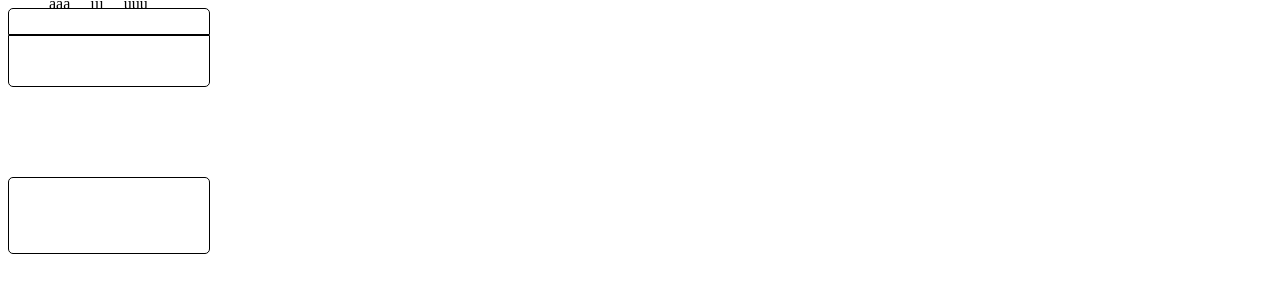
Repository: kousuke-2047/test
Page: http://localhost/Oldmove/
An editor plug-in stored every save of this project. The page is shown before and after the next save, followed by the edit.
The browser window is 1280 px wide. The pictures show the whole page.
The page is served by Tomcat 9. Other server files are loaded and not shown.

Above is the page before, as saved 2018-06-21 01:47:22.

### Oldmove/WebContent/index.jsp
<%@ page language="java" contentType="text/html; charset=UTF-8"
    pageEncoding="UTF-8"%>
<%@ taglib prefix="s" uri="/struts-tags"%>
<!DOCTYPE html>
<html>
<head>
<meta http-equiv="Content-Type" content="text/html; charset=UTF-8">
<link rel="stylesheet" href="./css/style.css">

<title>cssの遊び件練習</title>
</head>
<body>

	<div class= "namebox">
		<ul>
			<li>aaa</li>
			<li>iii</li>
			<li>uuu</li>
		</ul>
	</div>
	<div class="datebox">
	</div>
	<div class="enemybox">
	</div>
	<div class="textbox">
	</div>

</body>
</html>

### Oldmove/WebContent/css/style.css
@CHARSET "UTF-8";
.namebox{
	height:25px;
	width:200px;
	border:1px solid black;
	border-top-left-radius:5px;
	border-top-right-radius:5px;
}

.namebox ul li{
	list-style:none;
	float:left;
	padding-left:20px;
	position:relative;
	bottom:30px;
	right:20px;
}
.datebox{
	height:50px;
	width:200px;
	border:1px solid black;
	border-bottom-left-radius:5px;
	border-bottom-right-radius:5px;
}
.enemybox{
	height:90px;
	width:200px;
	background-color:white;
}
.textbox{
	height:75px;
	width:200px;
	border:1px solid black;
	border-radius:5px;
}

After the next save:
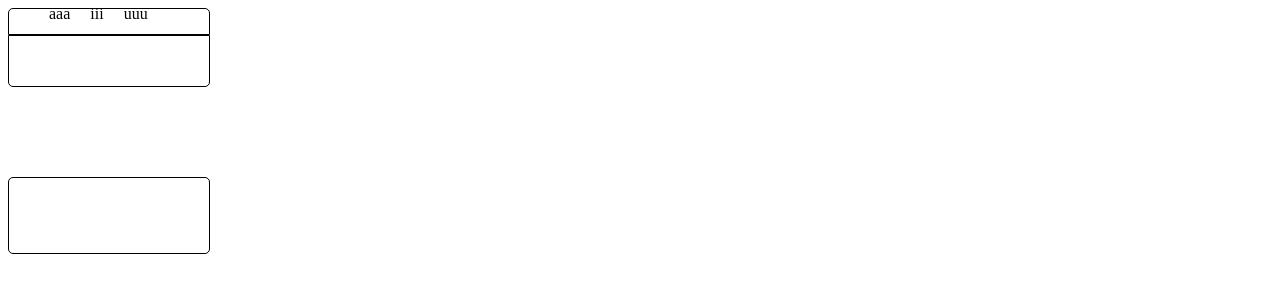
Saved 10 s later.
--- a/Oldmove/WebContent/css/style.css
+++ b/Oldmove/WebContent/css/style.css
@@ -12,7 +12,7 @@
 	float:left;
 	padding-left:20px;
 	position:relative;
-	bottom:30px;
+	bottom:20px;
 	right:20px;
 }
 .datebox{
